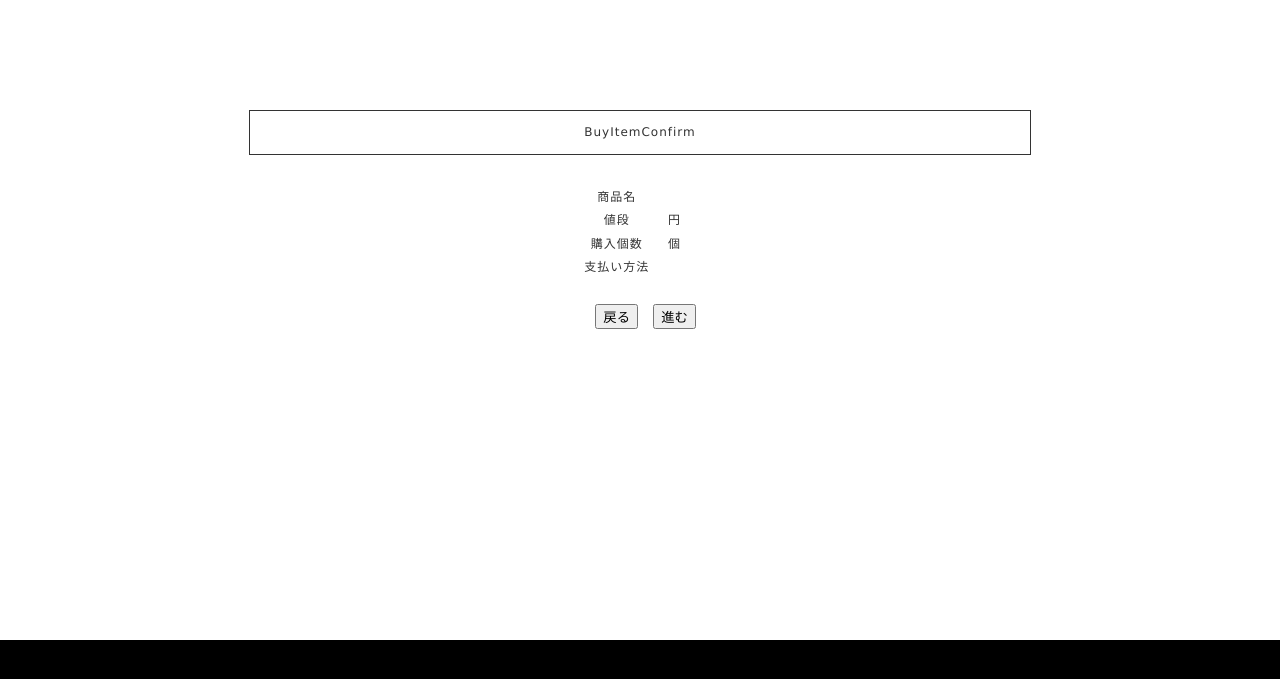
Repository: durant-11037/backup
Page: http://localhost/Practic.Ecsite/BuyItemConfirm.jsp
These files come from the project's save history. The page is drawn as it stood at one moment and after the next save; the edit follows.
The browser window is 1280 px wide. The pictures show the whole page.
The page is served by Tomcat 9. Other server files are loaded and not shown.

Above is the page before, as saved 2017-12-19 06:45:35.

### Practic.Ecsite/WebContent/BuyItemConfirm.jsp
<%@ page language="java" contentType="text/html; charset=UTF-8"
	pageEncoding="UTF-8"%>
<%@ taglib prefix="s" uri="/struts-tags"%>

<!DOCTYPE html>
<html>
<head>
<meta http-equiv="Content-Type" content="text/html; charset=utf-8" />
<meta http-equiv="Content-Style-Type" content="text/css" />
<meta http-equiv="Content-Script-Type" content="text/javascript" />
<meta http-equiv="imagetoolbar" content="no" />
<meta name="description" content="" />
<meta name="keywords" content="" />
<meta charset="utf-8">
<script
	src="http://ajax.googleapis.com/ajax/libs/jqueary/1.9.1/jqueary.min.js"></script>
<title>BuyItemConfirm画面</title>
<style type="text/css">
body {
	margin: 0;
	padding: 0;
	line-height: 1.6;
	letter-spacing: 1px;
	font-family: Verdana, Helvetica, sans-serif;
	font-size: 12px;
	color: #333;
	background: #fff;
}

table {
	text-align: center;
	margin: 0 auto;
}

#top {
	width: 780px;
	margin: 30px auto;
	border: 1px solid #333;
}

#header {
	width: 100%;
	height: 80px;
	baclground-color: black;
}

#main {
	width: 100%;
	height: 500px;
	text-align: center;
}

#footer {
	width: 100%;
	height: 80px;
	background-color: black;
	clear: both;
	position: absolute;
	bottom: 0;
}
</style>
<script type="text/javascript">
		function submitAction(url){
			$('form').attr('action', url);
			$('form').submit();
		}
	</script>
</head>
<body>
	<div id="header">
		<div id="pr">
		</div>
	</div>
	<div id="main">
		<div id="top">
			<p>BuyItemConfirm</p>
		</div>
		<div>
			<s:form>
				<tr>
					<td>商品名</td>
					<td><s:property value="session.buyItem_name" /></td>
				</tr>
				<tr>
					<td>値段</td>
					<td><s:property value="session.buyItem_price" /><span>円</span></td>
				</tr>
				<tr>
					<td>購入個数</td>
					<td><s:property value="session.count" /><span>個</span></td>
				</tr>
				<tr>
					<td>支払い方法</td>
					<td><s:property value="session.pay" /></td>
				</tr>
				<tr>
					<td><br></td>
				</tr>
				<tr>
					<td><input type="button" value="戻る"
						onclick="submitAction('HomeAction')" /></td>
					<td><input type="button" value="進む"
						onclick="submitAction('BuyItemConfirmAction')" /></td>
				</tr>
			</s:form>
		</div>
	</div>
	<div id="footer">
		<div id="pr"></div>
	</div>
</body>
</html>

After the next save:
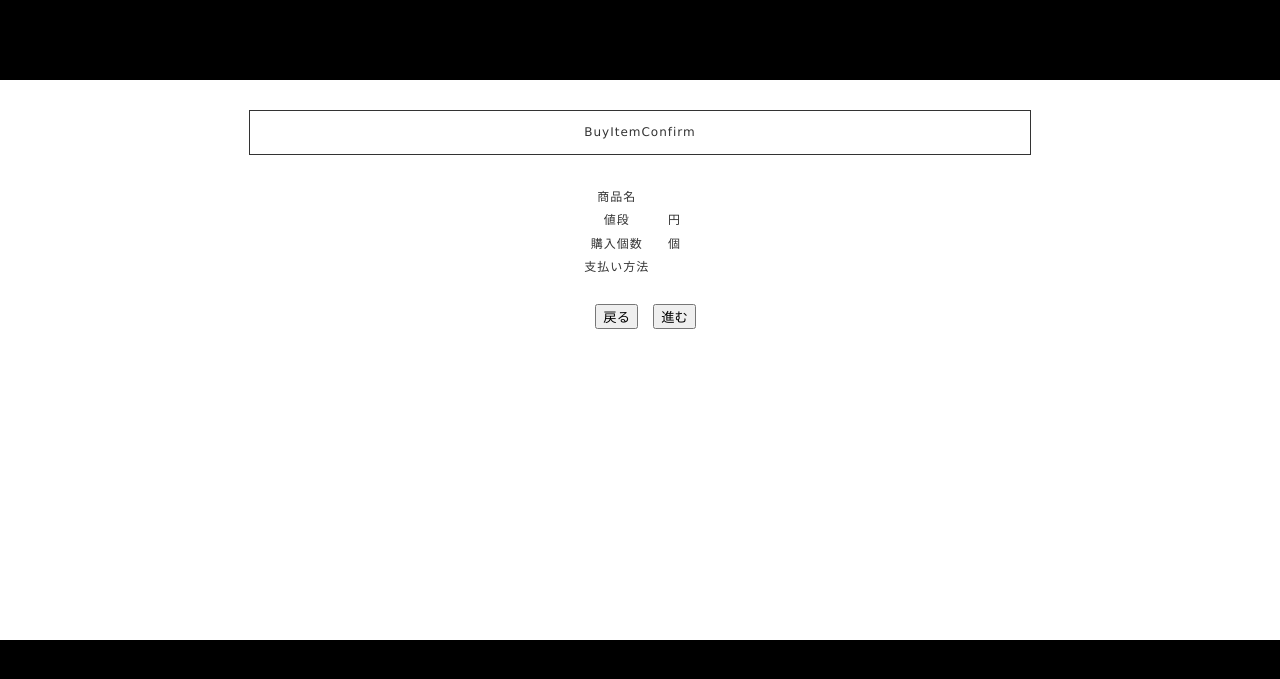
Saved 2 min 24 s later.
--- a/Practic.Ecsite/WebContent/BuyItemConfirm.jsp
+++ b/Practic.Ecsite/WebContent/BuyItemConfirm.jsp
@@ -41,7 +41,7 @@ table {
 #header {
 	width: 100%;
 	height: 80px;
-	baclground-color: black;
+	background-color: black;
 }
 
 #main {
